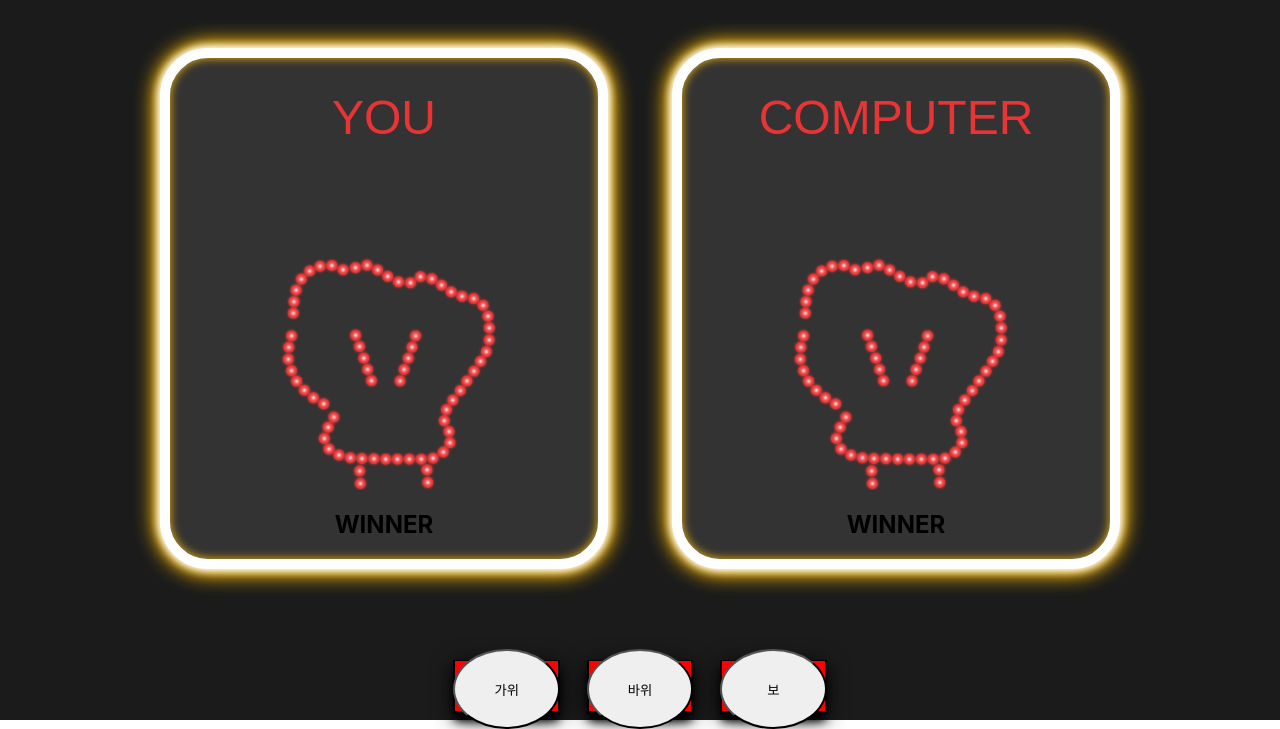
Repository: KIMMIHYE12/classComponent
Page: /
An editor plug-in stored every save of this project. The page is shown before and after the next save, followed by the edit.
The browser window is 1280 px wide. The pictures show the whole page.
Some web fonts or font styles are not loaded; a fallback is used. The project was rebuilt for these pictures with package versions that can differ from the ones it lists, and the page was loaded fresh each time.

Above is the page before, as saved 2024-03-18 22:53:46.

### src/App.js
import "./App.css";
import { Box } from "./component/Box";

function App() {
  return (
    <div className='content'>
      <div className='game_screen'>
        <Box title='YOU' />
        <Box title='COMPUTER' />
      </div>
      <div className='btn_wrap'>
        <button className='scissor'>가위</button>
        <button className='rock'>바위</button>
        <button className='paper'>보</button>
      </div>
    </div>
  );
}

export default App;

### src/App.css
@import url("https://use.typekit.net/ebb2deg.css");

* {
  box-sizing: border-box;
}

.content {
  height: 100vh;
  padding: 3em 0;
  background-color: #1b1b1b;
}

.game_screen {
  width: 100%;
  display: flex;
  justify-content: center;
}

.box {
  width: 35%;
  display: flex;
  flex-direction: column;
  align-items: center;
  margin: 0 2em;
  border: 10px solid #fff;
  background: #333;
  border-radius: 3rem;
  box-shadow: 0 0 10px #fff, 0 0 10px #fff, 0 0 24px #f5b70c, 0 0 16px #f5b70c,
    0 0 24px #f5b70c, inset 0 0 10px #f5b70c;
}

h1 {
  font-size: 3em;
  color: #e83435;
  font-family: "gloridot", sans-serif;
  font-weight: 400;
  font-style: normal;
}

img {
  width: 70%;
}

.btn_wrap {
  position: relative;
  margin-top: 5em;
  display: flex;
  justify-content: center;
  z-index: 1;
}

.btn_wrap button {
  position: relative;
  width: 8em;
  height: 6em;
  margin: 0 1em;
  border-radius: 50%;
  top: 0;
}

.btn_wrap button:active:before {
  top: 0;
  box-shadow: 0 3px 3px rgba(0, 0, 0, 0.7), 0 3px 9px rgba(0, 0, 0, 0.2);
}

.btn_wrap button:active {
  top: 4px;
}

.btn_wrap button:before {
  position: absolute;
  display: inline-block;
  content: "";
  top: 10px;
  left: 0;
  right: 0;
  z-index: -1;
  height: 50px;
  background: red;
  transition: all ((0.06 * 1.3) + s) ease-out;
  box-shadow: 0 1px 0 2px black, 0 5px 24px black, 0 10px 9px black;
}

### src/component/Box.js
import React from "react";

export const Box = (props) => {
  console.log(props);
  return (
    <div className='box'>
      <h1>{props.title}</h1>
      <img src='/images/rock.png' alt='바위' />
      <h2>WINNER</h2>
    </div>
  );
};

Loaded but not shown: public/index.html (common file); src/index.js (common file); src/index.css (common file); src/reportWebVitals.js (common file)

After the next save:
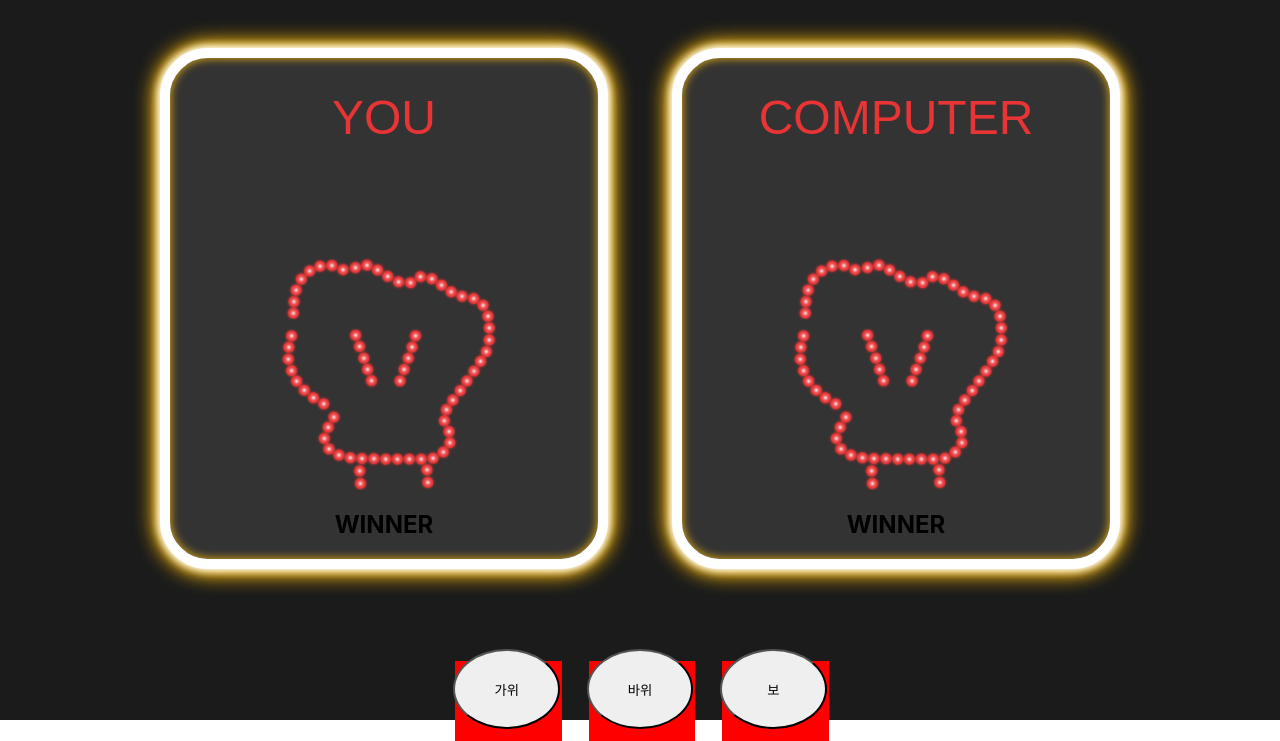
Saved 49 s later.
--- a/src/App.css
+++ b/src/App.css
@@ -68,15 +68,15 @@ img {
 }
 
 .btn_wrap button:before {
-  position: absolute;
+  width: 8em;
+  height: 6em;
   display: inline-block;
   content: "";
+  position: absolute;
   top: 10px;
   left: 0;
   right: 0;
-  z-index: -1;
-  height: 50px;
   background: red;
   transition: all ((0.06 * 1.3) + s) ease-out;
-  box-shadow: 0 1px 0 2px black, 0 5px 24px black, 0 10px 9px black;
+  z-index: -1;
 }
